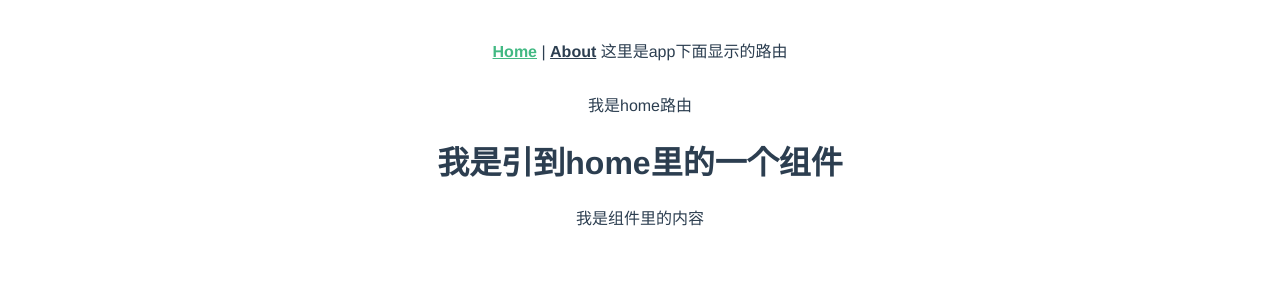
Repository: 12baby/project
Page: /
The author's editor kept a copy of each file at every save. The page is drawn from the files as they stood at one save, then again after the next save.
The browser window is 1280 px wide. The pictures show the whole page.
The project was rebuilt for these pictures with package versions that can differ from the ones it lists, and the page was loaded fresh each time. Also part of the build but not shown: vue.config.js.

Above is the page before, as saved 2019-04-09 13:37:28.

After the next save:
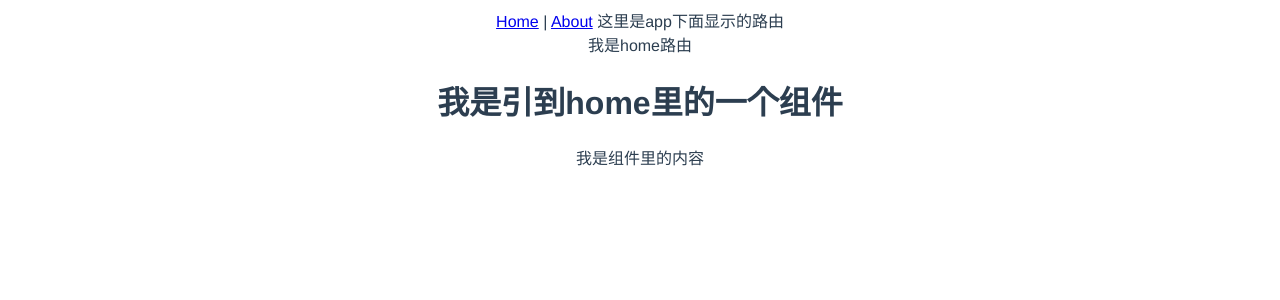
Saved 16 s later.
--- a/src/App.vue
+++ b/src/App.vue
@@ -17,14 +17,5 @@
   text-align: center;
   color: #2c3e50;
 }
-#nav {
-  padding: 30px;
-  a {
-    font-weight: bold;
-    color: #2c3e50;
-    &.router-link-exact-active {
-      color: #42b983;
-    }
-  }
-}
+
 </style>
